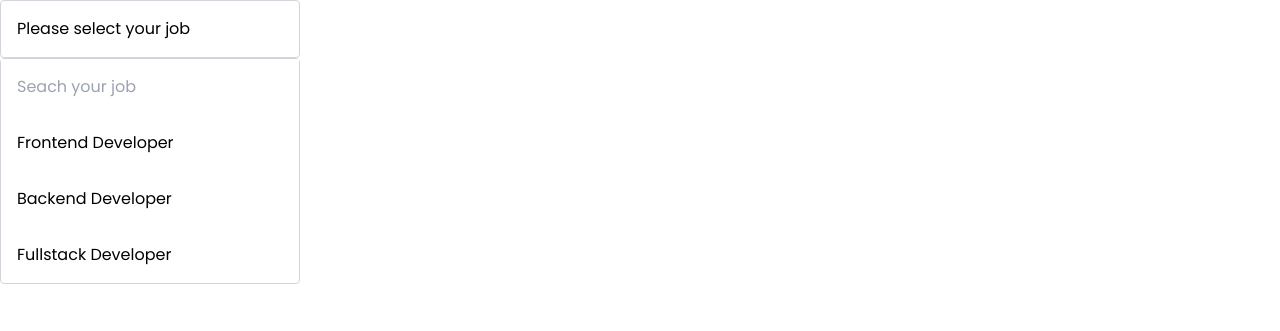
Repository: ThanhPhongsof/React-Course
Page: /, after clicking the first element matching `div.flex`
The author's editor kept a copy of each file at every save. The page is drawn from the files as they stood at one save, then again after the next save.
The browser window is 1280 px wide. The pictures show the whole page.
The project was rebuilt for these pictures with package versions that can differ from the ones it lists, and the page was loaded fresh each time.

Above is the page before, as saved 2022-04-26 09:18:19.

After the next save:
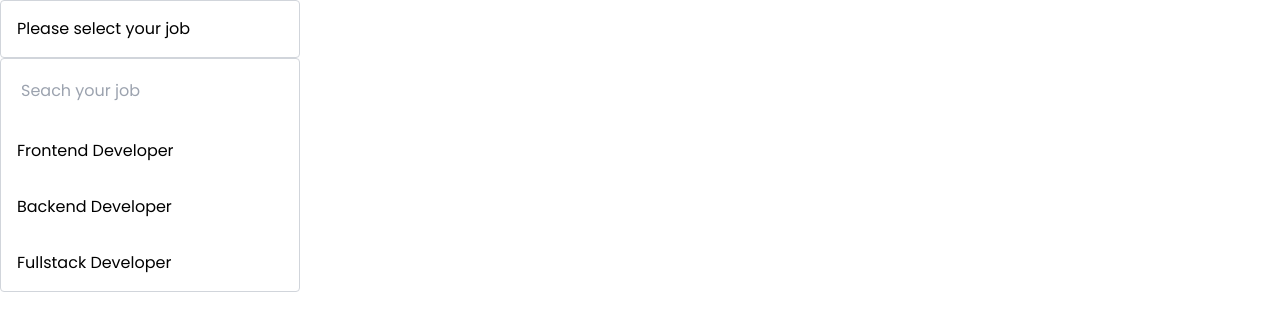
Saved 16 s later.
--- a/src/components/advanced-react/inversion-of-control/Dropdown.js
+++ b/src/components/advanced-react/inversion-of-control/Dropdown.js
@@ -16,11 +16,13 @@ const Dropdown = ({ options, placeholder = "Please select an option" }) => {
       </div>
       {show && (
         <div className="border border-gray-300 rounded options">
-          <input
-            type="text"
-            placeholder="Seach your job"
-            className="w-full p-4 border-gray-100 outline-none"
-          />
+          <div className="p-1">
+            <input
+              type="text"
+              placeholder="Seach your job"
+              className="w-full p-4 border-gray-100 outline-none"
+            />
+          </div>
           {options &&
             options?.map((item) => (
               <div
